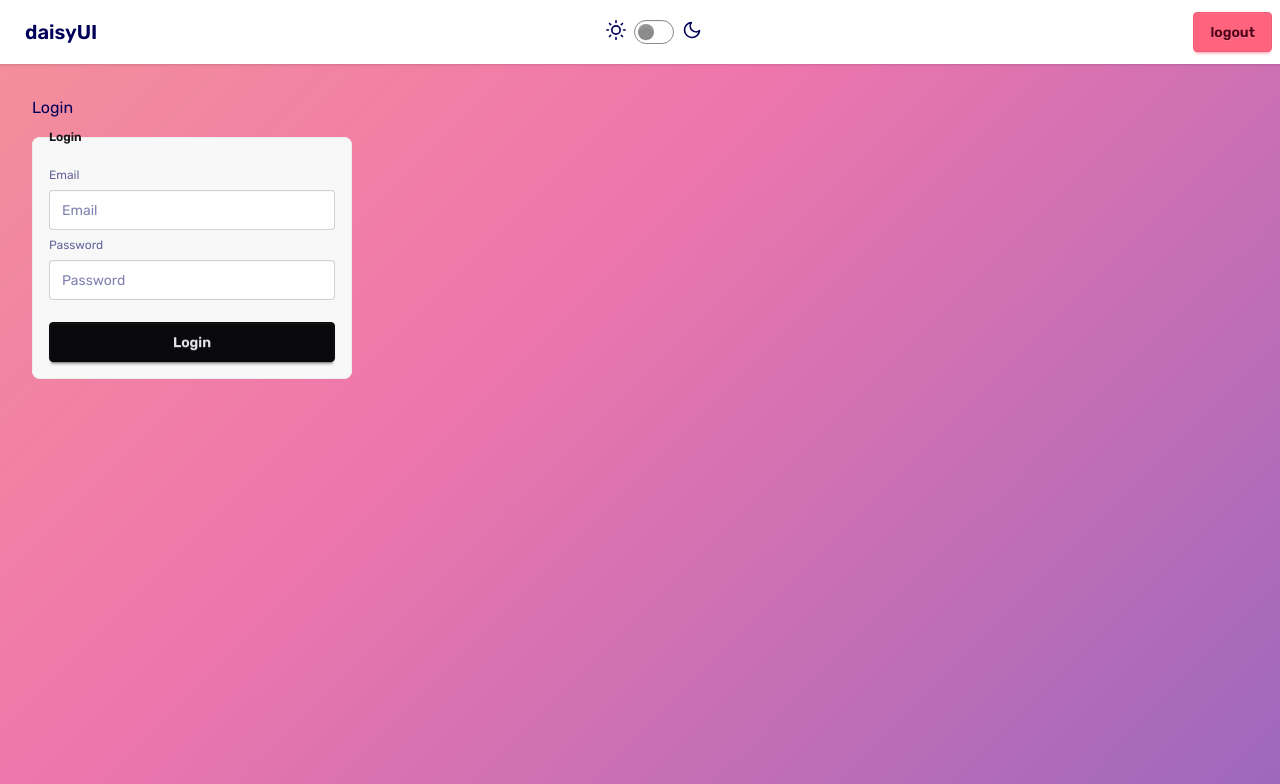
Repository: mariamnabil23/ToDo_App
Page: /
An editor plug-in stored every save of this project. The page is shown before and after a run of saves, followed by the edit.
The browser window is 1280 px wide. The pictures show the whole page.
Some web fonts or font styles are not loaded; a fallback is used. The project was rebuilt for these pictures with package versions that can differ from the ones it lists, and the page was loaded fresh each time. Requests to the local data server were answered from the project's data file. Also part of the build but not shown: vite.config.js.

Above is the page before, as saved 2025-05-01 22:22:49.

After the next 3 saves:
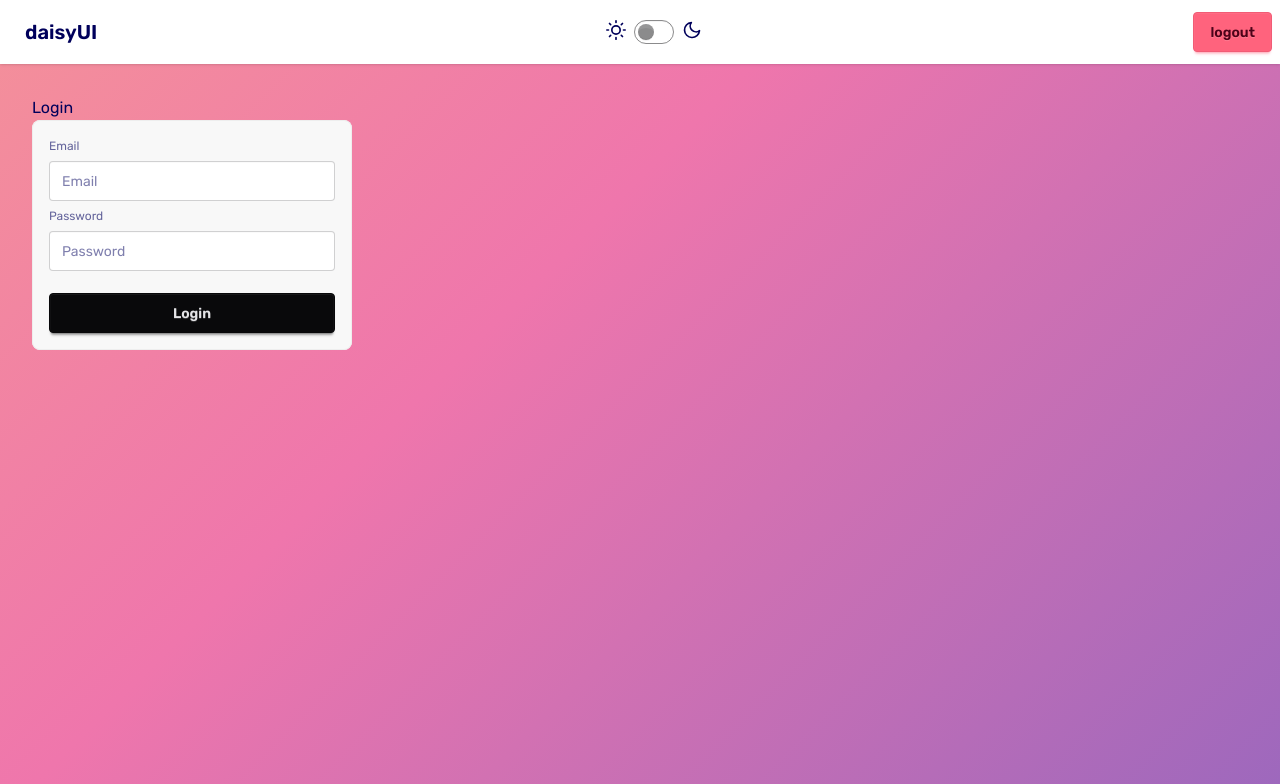
The 3 saves are shown as one change because they came seconds apart.
The last was saved 20 s later.
--- a/src/pages/Login.jsx
+++ b/src/pages/Login.jsx
@@ -6,8 +6,6 @@ const Login = () => {
     <h1>Login</h1>
     <div>
       <fieldset className="fieldset bg-base-200 border-base-300 rounded-box w-xs border p-4">
-        <legend className="fieldset-legend">Login</legend>
-
         <label className="label">Email</label>
         <input type="email" className="input" placeholder="Email" />
 
